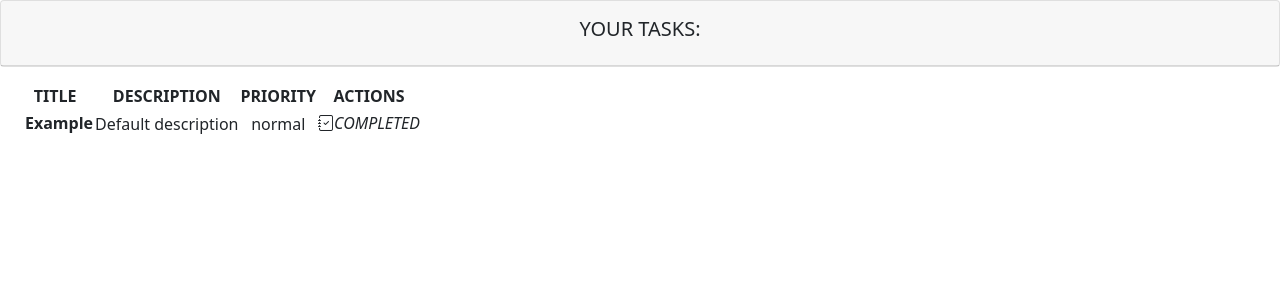
Repository: abgdev1997/proyecto-evo
Page: /tasks
The author's editor kept a copy of each file at every save. The page is drawn from the files as they stood at one save, then again after the next save.
The browser window is 1280 px wide. The pictures show the whole page.
The project was rebuilt for these pictures with package versions that can differ from the ones it lists, and the page was loaded fresh each time. Also part of the build but not shown: src/index.css.

Above is the page before, as saved 2022-01-27 10:54:49.

### src/index.js
import React from 'react';
import ReactDOM from 'react-dom';
import 'bootstrap/dist/css/bootstrap.css';
import 'bootstrap-icons/font/bootstrap-icons.css';
import './index.css';
import App from './App';

ReactDOM.render(
  <React.StrictMode>
    <App />
  </React.StrictMode>,
  document.getElementById('root')
);

### src/App.js
import './App.css';
import TaskList from './components/container/task_list';

function App() {
  return (
    <div className="App">
        {/* Componente de listado de tareas */}
        <TaskList></TaskList>
    </div>
  );
}

export default App;

### src/components/container/task_list.jsx
import React, {useState, useEffect} from 'react';
import {Task} from '../../models/levels.class'
import { LEVELS } from '../../models/levels.enum';
import TaskComponent from '../pure/task_component'

const TaskList = () => {

    const defaultTask = new Task('Example', 'Default description', true, LEVELS.NORMAL);

    //Estados del componente
    const [tasks, setTasks] = useState([defaultTask]);
    const [loading, setLoading] = useState(true);

    //Control de ciclo de vida del componente
    useEffect(() => {
        console.log('Task State has been modified');
        setLoading(false);
        return () => {
            console.log('TaskList component is going to unmount');
        };
    }, [tasks]);

    const changeCompleted = (id) => {
        {/*TODO: Cambiar estado de una tarea'*/}
    }

    return (
        <div>
            {/* Dividimos el contenedor en 12 columnas */}
            <div className='col-12'>
                {/* Usamos la class card */}
                <div className='card'>
                    {/* CARD HEADER (TITLE) */}
                    {/* card-header es la cabecera de la carta, p-3 es padding 3 */}
                    <div className='card-header p-3 '>
                        <h5>
                            YOUR TASKS:
                        </h5>
                    </div>
                </div>
                {/* CARD BODY (CONTENT) */}
                <div className='card-body' data-mdb-perfect-scrollbar='true' style={ {position: 'relative', height:'400px'} }>
                    <table>
                        <thead>
                            <tr>
                                <th scope='col'>TITLE</th>
                                <th scope='col'>DESCRIPTION</th>
                                <th scope='col'>PRIORITY</th>
                                <th scope='col'>ACTIONS</th>
                            </tr>
                        </thead>
                        <tbody>
                            {/* TODO: Aplicar un For/Map para renderizar una lista */}
                            <TaskComponent task={defaultTask}></TaskComponent>
                        </tbody>
                    </table>
                </div>
            </div>
        </div>
    );
};


export default TaskList;

### src/models/levels.class.js
import { LEVELS } from "./levels.enum";

export class Task {
    name = 'o';
    description = '';
    completed = false;
    level = LEVELS.NORMAL;

    constructor(name, description, completed, level){
        this.name = name;
        this.description = description;
        this.completed = completed;
        this.level = level;
    }
}

### src/models/levels.enum.js
export const LEVELS = {
    NORMAL: 'normal',
    URGENT: 'urgent',
    BLOCKING:'blocking',
}

### src/components/pure/task_component.jsx
import React, {useEffect} from 'react';
import PropTypes from 'prop-types';
import { Task } from '../../models/levels.class';


const TaskComponent = ({task}) => {

    useEffect(() => {
        console.log('Created task')
        return () => {
            console.log(`Task: ${task.name} is going to unmount...`)
        };
    }, [task]);

    return (

        <tr className='fw-normal'>
            <th>
                {/* ms-2 Margin 2 */}
                <span className='ms-2'>{task.name}</span>
            </th>
            <td>
                {/* align-middle alinea al centro */}
                <span className='align-middle'>{task.description}</span>
            </td>
            <td>
                {/* TODO: Sustituir por un badge */}
                <span className='align-middle'>{task.level}</span>
            </td>
            <td>
                {/* <span className='align-middle'>{task.completed ? 'COMPLETED' : 'PENDING'}</span> */}
                { task.completed ?
                    (<i className='bi bi-journal-check'>COMPLETED</i>)
                    : (<i className='bi bi-journal-x'>PENDING</i>)
                }
            </td>
        </tr>

        // <div>
        //     <h2>
        //         Name: {task.name}
        //     </h2>
        //     <h3>
        //         Description: {task.description}
        //     </h3>
        //     <h4>
        //         Level: {task.level}
        //     </h4>
        //     <h5>
        //         This task is: {task.completed ? 'COMPLETED' : 'PENDING'}
        //     </h5>
        // </div>
    );
};


TaskComponent.propTypes = {
    task: PropTypes.instanceOf(Task)
};


export default TaskComponent;

Loaded but not shown: public/index.html (common file); src/App.css (common file)

After the next save:
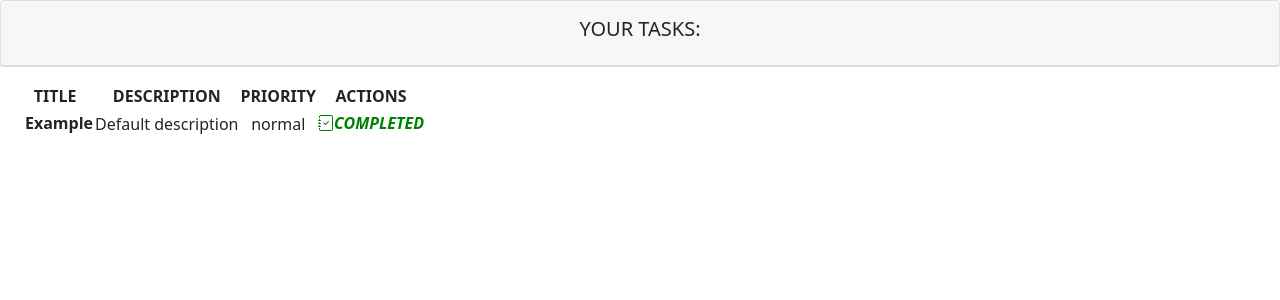
Saved 102 s later.
--- a/src/components/pure/task_component.jsx
+++ b/src/components/pure/task_component.jsx
@@ -30,8 +30,8 @@ const TaskComponent = ({task}) => {
             <td>
                 {/* <span className='align-middle'>{task.completed ? 'COMPLETED' : 'PENDING'}</span> */}
                 { task.completed ?
-                    (<i className='bi bi-journal-check'>COMPLETED</i>)
-                    : (<i className='bi bi-journal-x'>PENDING</i>)
+                    (<i className='bi bi-journal-check' style={{color: 'green', fontWeight:'bold'}}>COMPLETED</i>)
+                    : (<i className='bi bi-journal-x' style={{color: 'tomato', fontWeight:'bold'}}>PENDING</i>)
                 }
             </td>
         </tr>
